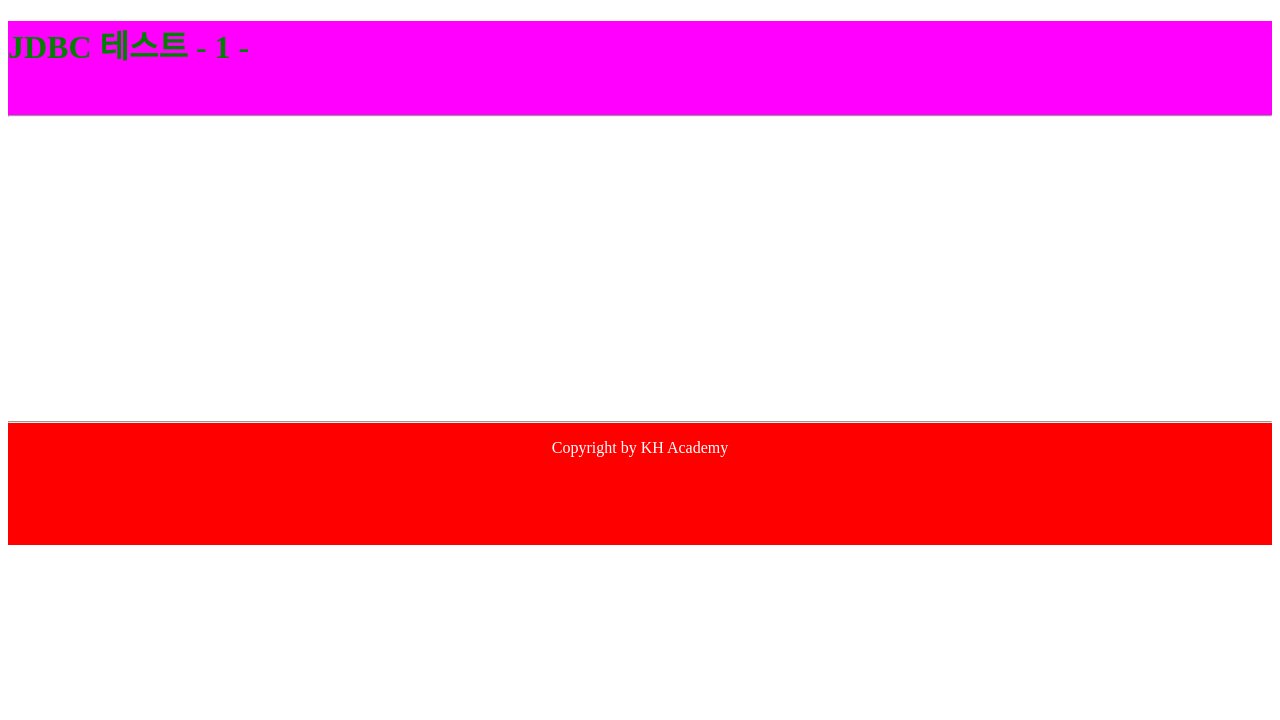
Repository: steeveelee2/WEB_Study
Page: http://localhost/JDBC1Project/views/loginFail.jsp
An editor plug-in stored every save of this project. The page is shown before and after the next save, followed by the edit.
The browser window is 1280 px wide. The pictures show the whole page.
The page is served by Tomcat 9.

Above is the page before, as saved 2018-10-17 04:20:09.

After the next save:
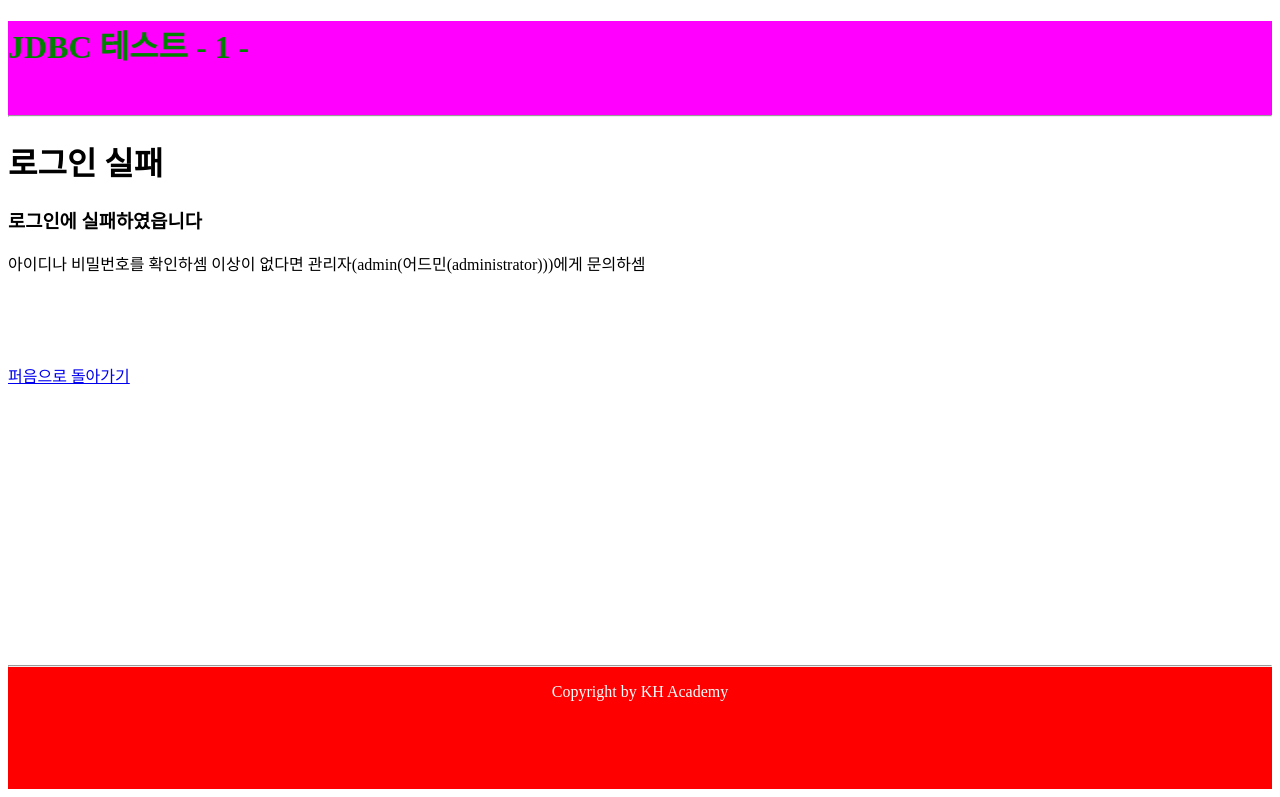
Saved 3 min 16 s later.
--- a/webWorkspace/JDBC1Project/web/views/loginFail.jsp
+++ b/webWorkspace/JDBC1Project/web/views/loginFail.jsp
@@ -9,6 +9,12 @@
 <body>
 	<%@ include file="common/header.jsp" %>
 
+	<h1>로그인 실패</h1>
+	<h3>로그인에 실패하였읍니다</h3>
+	<p>아이디나 비밀번호를 확인하셈 이상이 없다면 관리자(admin(어드민(administrator)))에게 문의하셈</p>
+	<br><br><br><br>
+	<a href="/jdbc1/index.jsp">퍼음으로 돌아가기</a>
+
 	<%@ include file="common/footer.jsp" %>
 </body>
 </html>
